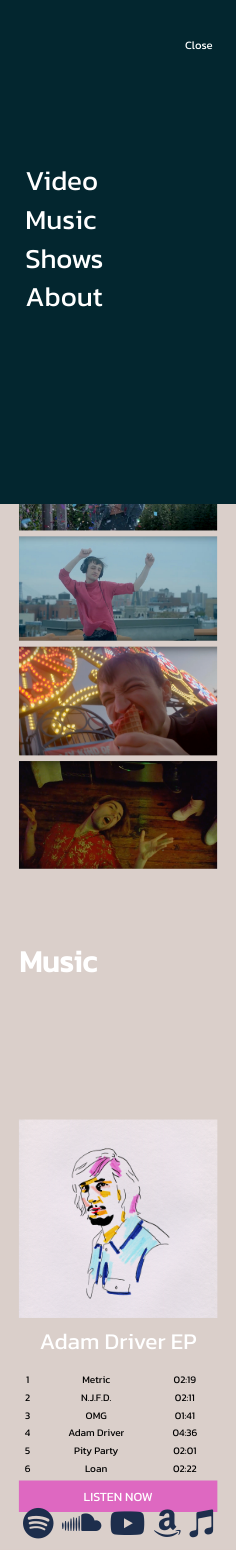
Repository: KrystellBarraza/SipperNYC
Page: index.html
These files come from the project's save history. The page is drawn as it stood at one moment and after the next save; the edit follows.
The browser window is 375 px wide. The pictures show the whole page, at 63% of full size.
Some web libraries are served in a nearby version.

Above is the page before, as saved 2019-08-21 14:05:26.

### index.html
<!DOCTYPE html>
    <head>
        <meta charset="utf-8">
        <meta http-equiv="X-UA-Compatible" content="IE=edge">
        <title>Sipper</title>
        <meta name="description" content="Wholesome and intrinsically delicate, SIPPER is an NYC based band who wants nothing more than to make you enjoy whatever they put out.">
        <meta name="viewport" content="width=device-width, initial-scale=1">
        <script src="https://kit.fontawesome.com/0942df55aa.js"></script>
        <script src="https://ajax.googleapis.com/ajax/libs/jquery/3.4.1/jquery.min.js"></script>
        <link rel="stylesheet" href="https://ajax.googleapis.com/ajax/libs/jqueryui/1.12.1/themes/smoothness/jquery-ui.css">
        <script src="https://ajax.googleapis.com/ajax/libs/jqueryui/1.12.1/jquery-ui.min.js"></script>
        <link href="https://fonts.googleapis.com/css?family=Kanit&display=swap" rel="stylesheet">
        <link rel="stylesheet" href="venobox/venoboxcopy.css" type="text/css" media="screen">
        <link rel="stylesheet" href="style.css">
    </head>
    <body>

        <div class="container-home">
            <div class="head">
                <header>
                    <h1><a href="index.html">Sipper</a></h1>

                    <div id="toggleText">
                        <p class="menuToggle Open placeHolder"></p>
                        <p class="menuToggle Close" style="color: #FFF;"></p>
                    </div>

                    <div id="menu">
                        <ul id="hiddenMenu">
                            <li><a href="#video">Video</a></li>
                            <li><a href="#music">Music</a></li>
                            <li><a href="#shows">Shows</a></li>
                            <li><a href="#about">About</a></li>
                        </ul>
                    </div>

                    <div class="inlineMenu">
                        <a href="#video">Video</a>
                        <a href="#music">Music</a>
                        <a href="#shows">Shows</a>
                        <a href="#about">About</a>
                    </div>

                </header>
            </div>

            <div id="menu-container"></div>

            <div class="menu">
                <div class="flexbox-nav">
                    <nav class="side-Nav">
                        <li><a href="#video">Video</a></li>
                        <li><a href="#music">Music</a></li>
                        <li><a href="#shows">Shows</a></li>
                        <li><a href="#about">About</a></li>
                    </nav>
                </div>
            </div>

            <div class="album">
                <img src="images/albumcover.jpg">
            </div>

            <div class="footer"></div>

        </div>


        <div class="container-video">
            <div class="head-video">
                <h1 id="video">Video</h1>
            </div>

            <div class="container video-a">
                <div class="content">
                    <a class="venobox" data-autoplay="true" data-vbtype="video" data-gall="myGallery" href="https://youtu.be/N3MalJX4Ll4">
                        <div class="content-overlay"></div>
                        <img class="content-image" src="images/AdamDriver.jpg" alt="Adam Driver">
                        <div class="content-details fadeIn-bottom">
                            <p class="content-title">Adam Driver</p>
                        </div>
                    </a>
                </div>
            </div>

            <div class="container video-b">
                <div class="content">
                    <a class="venobox" data-autoplay="true" data-vbtype="video" data-gall="myGallery" href="https://youtu.be/suzVxfuO1rU">
                        <div class="content-overlay"></div>
                        <img class="content-image" src="images/Metric.jpg" alt="Metric">
                        <div class="content-details fadeIn-top">
                            <p class="content-title">Metric</p>
                        </div>
                    </a>
                </div>
            </div>

            <div class="container video-c">
                <div class="content">
                    <a class="venobox" data-autoplay="true" data-vbtype="video" data-gall="myGallery" href="https://youtu.be/sNYNVeHuiyg">
                        <div class="content-overlay"></div>
                        <img class="content-image" src="images/NJFD.jpg" alt="N.J.F.D.">
                        <div class="content-details fadeIn-left">
                            <p class="content-title">N.J.F.D.</p>
                        </div>
                    </a>
                </div>
            </div>

            <div class="container video-d">
                <div class="content">
                    <a class="venobox" data-autoplay="true" data-vbtype="video" data-gall="myGallery" href="https://youtu.be/S9CmWtUvWd0">
                        <div class="content-overlay"></div>
                        <img class="content-image" src="images/OMG.jpg" alt="OMG">
                        <div class="content-details fadeIn-right">
                            <p class="content-title">OMG</p>
                        </div>
                    </a>
                </div>
            </div>

            <div class="footer-video"></div>

        </div>

        <div class="container-music">
            <div class="head-music">
                <h1 id="music">Music</h1>
            </div>

            <div class="ep">
                <img src="images/albumcover.jpg">
            </div>

            <div class="music-k">
                <p class="ep-title">Adam Driver EP</p>

                <table>
                    <tr>
                        <td>1</td>
                        <td>Metric</td>
                        <td>02:19</td>
                    </tr>
                    <tr>
                        <td>2</td>
                        <td>N.J.F.D.</td>
                        <td>02:11</td>
                    </tr>
                    <tr>
                        <td>3</td>
                        <td>OMG</td>
                        <td>01:41</td>
                    </tr>
                    <tr>
                        <td>4</td>
                        <td>Adam Driver</td>
                        <td>04:36</td>
                    </tr>
                    <tr>
                        <td>5</td>
                        <td>Pity Party</td>
                        <td>02:01<td>
                    </tr>
                    <tr>
                        <td>6</td>
                        <td>Loan</td>
                        <td>02:22</td>
                    </tr>
                </table>
            </div>

            <div class="music-j">
                <div class="listen">
                    <a href="https://levelmusic.lnk.to/AdamDriver_EP" target="_blank">Listen Now</a>
                </div>
            </div>

            <div class="fabIcons music-g">
                <a href="https://open.spotify.com/album/55qLPgpA8Q9fKp5JZo5pjp" target="_blank"><i class="fab fa-spotify"></i></a>
                <a href="https://soundcloud.com/invertebratemusic/sets/sipper-adam-driver-ep" target="_blank"><i class="fab fa-soundcloud"></i></a>
                <a href="https://www.youtube.com/channel/UC4grwiaSitqhA_vmRum_fdg/search?query=sipper" target="_blank"><i class="fab fa-youtube"></i></a>
                <a href="https://www.amazon.com/gp/product/B07QJBL8ZX/ref=dm_ws_sp_ps_dp" target="_blank"><i class="fab fa-amazon"></i></a>
                <a href="https://music.apple.com/us/album/1459355658?app=music" target="_blank"><i class="fab fa-itunes-note"></i></a>
            </div>

        </div>

        <script src="app.js" async defer></script>
        <script src="venobox/venobox.mincopy.js" async defer></script>
    </body>
</html>

### style.css
* {
    box-sizing: border-box;
}

html {
    scroll-behavior: smooth;
}

body {
    margin: 0;
    background-color: #dacfca;
}

p, li {
    font-family: 'Kanit', sans-serif;
}

p {
    font-size: 18px;
}

h1 {
    font-family: 'Kanit', sans-serif;
    color: #fff;
    font-size: 48px;
}

a {
    text-decoration: none;
    color: #fff;
}

/* Header - Home */

.container-home {
    display: grid;
    grid-template-columns: repeat(12, 1fr);
    grid-template-rows: auto 2fr 1fr;
    grid-gap: 5px;
    grid-column-gap: 20px;
    padding-left: 8%;
    padding-right: 8%;
    grid-template-areas:
    "h h h h h h h h h h h h"
    "c c c c c c c c c m m m"
    "c c c c c c c c c m m m"
    "c c c c c c c c c m m m"
    "f f f f f f f f f f f f";
}

.head {
    grid-area: h;
}

.inlineMenu {
    font-family: 'Kanit', sans-serif;
    font-size: 22px;
    word-spacing: 1em;
    top: 16%;
    right: 10%;
    position: absolute;
}

@media (min-width: 566px) and (max-width: 569px) {
    .inlineMenu {
        top: 19.5%;
        word-spacing: .5em;
    }
}

/* Toggled Header Nav */

#toggleText {
    top: 5%;
    right: 10%;
    color: #fff;
    position: absolute;
    z-index: 10;
}

#menu-container {
    background-color: #03262f;
    position: absolute;
    width: 100%;
    left: 0%;
    height: 100vh;
    z-index: 6;
}

#menu {
    background-color: #03262f;
    position: absolute;
    top: 0%;
    left: 0%;
    width: 100%;
    height: 100vh;
    z-index: 7;
}

#hiddenMenu {
    position: absolute;
    top: 30%;
}

p.placeHolder {
    display: none;
}

p.Open:before {
    content: "Menu";
}

p.Close:before {
    content: "Close";
}

ul {
    list-style: none;
}

li {
    font-size: 44px;
    line-height: 46pt;
}

/* Toggled Menu Media Queries */

@media only screen and (max-width: 450px) {
    nav {
        visibility: hidden;
    }
}

@media only screen and (min-width: 450px) {
    #toggleText {
        visibility: hidden;
    }

    #menu {
        visibility: hidden;
    }

    #menu-container {
        visibility: hidden;
    }
}

/* Scrollbar */

::-webkit-scrollbar { width: 8px; }

::-webkit-scrollbar-track { color: transparent; }

::-webkit-scrollbar-thumb {
    background-color: rgba(000, 0, 0, 0.2);
    border-radius: 5px;
}

/* Menu */

.menu {
    grid-area: m;
}

.flexbox-nav {
    display: flex;
    align-items: flex-end;
    justify-content: flex-end;
    margin-top: 356px;
}

.side-nav {
    align-self: flex-end;
    margin-top: 30px;
}

nav > a {
    font-family: 'Kanit', sans-serif;
    color: #fff;
    font-size: 48px;
}

nav > li {
    list-style-type: none;
    padding: 0;
    margin: 0;
}

@media only screen and (max-width: 416px){
    .menu {
        display: none;
    }

    .container-home {
        display: grid;
        grid-template-columns: repeat(12, 1fr);
        grid-template-rows: auto 2fr 1fr;
        grid-gap: 5px;
        padding-left: 8%;
        padding-right: 8%;
        grid-template-areas:
        "h h h h h h h h h h h h"
        "c c c c c c c c c c c c"
        "c c c c c c c c c c c c"
        "c c c c c c c c c c c c"
        "f f f f f f f f f f f f";
    }

    .album > img {
        object-fit: contain;
        width: 100%;
    }

}

/* Inline Menu Queries */

@media only screen and (max-width: 416px) {
    .inlineMenu {
        display: none;
    }
}

@media only screen and (min-width: 766px){
    .inlineMenu {
        display: none;
    }
}

/* Mobile Landscape Queries */

@media (orientation: landscape) and (max-width: 766px) {
    .menu {
        display: none;
    }

    .container-home {
        display: grid;
        grid-template-columns: repeat(12, 1fr);
        grid-template-rows: auto 2fr 1fr;
        grid-gap: 5px;
        padding-left: 8%;
        padding-right: 8%;
        grid-template-areas:
        "h h h h h h h h h h h h"
        "c c c c c c c c c c c c"
        "c c c c c c c c c c c c"
        "c c c c c c c c c c c c"
        "f f f f f f f f f f f f";
    }

    .album > img {
        object-fit: contain;
        width: 100%;
    }
}

/* Album */

.album {
    grid-area: c;
}

.album > img {
    object-fit: contain;
    width: 100%;
    max-height: 600px;
}

.footer {
    grid-area: f;
    height: 70px;
}


/* Video */

.container-video {
    display: grid;
    grid-template-columns: repeat(12, 1fr);
    grid-template-rows: auto 1fr 1fr;
    grid-gap: 5px;
    grid-column-gap: 20px;
    padding-left: 8%;
    padding-right: 8%;
    grid-template-areas:
    "h h h h h h h h h h h h"
    "a a a a a a b b b b b b"
    "c c c c c c d d d d d d"
    "f f f f f f f f f f f f";
}

.head-video {
    grid-area: h;
}

.video-a {
    grid-area: a;
    justify-self: center;
}

.video-b {
    grid-area: b;
    justify-self: center;
}

.video-c {
    grid-area: c;
    justify-self: center;
}

.video-d {
    grid-area: d;
    justify-self: center;
}

.footer-video {
    grid-area: f;
    height: 70px;
}

.container .title {
    text-align: center;
}

.content {
    position: relative;
    width: 100%;
    max-width: 550px;
    overflow: hidden;
}

.content .content-overlay {
    background: rgba(0,0,0,0.7);
    position: absolute;
    height: 99%;
    width: 100%;
    opacity: 0;
    -webkit-transition: all 0.4s ease-in-out 0s;
    -moz-transition: all 0.4s ease-in-out 0s;
    transition: all 0.4s ease-in-out 0s;
}

.content:hover .content-overlay {
    opacity: 1;
}

.content-image {
    width: 100%;
}

.content-details {
    position: absolute;
    text-align: center;
    padding-left: 1em;
    padding-right: 1em;
    width: 100%;
    top: 50%;
    left: 50%;
    opacity: 0;
    -webkit-transform: translate(-50%, -50%);
    -moz-transform: translate(-50%, -50%);
    transform: translate(-50%, -50%);
    -webkit-transition: all 0.3s ease-in-out 0s;
    -moz-transition: all 0.3s ease-in-out 0s;
    transition: all 0.3s ease-in-out 0s;
}

.content:hover .content-details {
    top: 50%;
    left: 50%;
    opacity: 1;
}

.content-details p {
    color: #fff;
    font-weight: 500;
    letter-spacing: 0.15em;
    margin-bottom: 0.5em;
    font-size: 0.8em;
    text-transform: uppercase;
}

.fadeIn-bottom {
    top: 80%;
}

.fadeIn-top {
    top: 20%;
}

.fadeIn-left {
    left: 20%;
}

.fadeIn-right {
    left: 80%;
}

@media only screen and (max-width: 416px){
    .container-video {
        display: grid;
        grid-template-columns: repeat(12, 1fr);
        grid-template-rows: auto 1fr 1fr;
        grid-gap: 5px;
        padding-left: 8%;
        padding-right: 8%;
        grid-template-areas:
        "h h h h h h h h h h h h"
        "a a a a a a a a a a a a"
        "b b b b b b b b b b b b"
        "c c c c c c c c c c c c"
        "d d d d d d d d d d d d"
        "f f f f f f f f f f f f";
    }

}

/* Music */

.container-music {
    display: grid;
    grid-template-columns: repeat(12, 1fr);
    grid-template-rows: repeat(6, 1fr);
    grid-gap: 5px;
    grid-column-gap: 20px;
    padding-left: 8%;
    padding-right: 8%;
    grid-template-areas:
    "h h h h h h h h h h h h"
    "e e e e e e k k k k k k"
    "e e e e e e k k k k k k"
    "e e e e e e j j j j j j"
    "e e e e e e g g g g g g"
    "f f f f f f f f f f f f";
}

.head-music {
    grid-area: h;
}

.ep {
    grid-area: e;
}

.ep > img {
    object-fit: contain;
    width: 100%;
    max-height: 600px;
}

.music-k {
    grid-area: k;
}

.music-k > .ep-title {
    object-fit: contain;
    text-align: center;
    font-size: 48px;
    color: #fff;
    margin: 0;
    width: 100%;
}

.music-k > table {
    font-family: 'Kanit', sans-serif;
    object-fit: contain;
    text-align: center;
    padding-top: 20px;
    border: 0;
    font-size: 20px;
    width: 100%;
}

.music-g {
    grid-area: g;
    align-items: center;
    height: 50%;
}

.fabIcons {
    display: flex;
    justify-content: space-around;
}

i {
    font-family:'FontAwesome';
    font-size: 50px;
    color: #1d2e4c;
    transition: 0.5s;
}

i.fab:hover {
    color: #3a527c;
}

.music-j {
    grid-area: j;
    align-items: center;
}

.listen {
    margin-top: 50px;
    display: flex;
    justify-content: space-around;
    background: #de68c1;
    font-family: 'Kanit', sans-serif;
    text-transform: uppercase;
    text-align: center;
    align-items: center;
    height: 50px;
    font-size: 1.25em;
    -webkit-transition: 0.5s;
    transition: 0.5s;
    border: none;
}

.listen:hover {
    background: #e794ce;
}

@media only screen and (max-width: 416px) {
    .container-music {
        display: grid;
        grid-template-columns: repeat(12, 1fr);
        grid-template-rows: 1fr 1fr auto;
        grid-gap: 5px;
        grid-column-gap: 20px;
        padding-left: 8%;
        padding-right: 8%;
        grid-template-areas:
        "h h h h h h h h h h h h"
        "e e e e e e e e e e e e"
        "e e e e e e e e e e e e"
        "k k k k k k k k k k k k"
        "k k k k k k k k k k k k"
        "j j j j j j j j j j j j"
        "g g g g g g g g g g g g"
        "f f f f f f f f f f f f";
    }

    .music-k > table {
        font-size: 16px;
        width: 100%;
        text-align: center;
    }

    .music-k > .ep-title {
        font-size: 36px;
        text-align: center;
    }

    .listen {
        margin: 0;
    }

}

@media only screen and (max-width: 824px) {
    .music-k > .ep-title {
        font-size: 36px;
        text-align: center;
    }
}

@media (orientation: landscape) and (max-width: 668px) {
    .music-k > .ep-title {
        font-size: 28px;
    }

    .music-k > table {
        font-size: 14px;
        width: 100%;
        text-align: center;
    }
}

### app.js
$(document).ready(() => {
    $('#toggleText').click(() => {
      $('.menuToggle').toggleClass('placeHolder');
      $('#menu').toggle('slide',{direction:'up'}, 1000);
      $('#menu-container').toggle('fade',{direction: 'down'}, 500);
    });
  });

  $(document).ready(function(){
    $('.venobox').venobox({
        spinner:'three bounce',
        closeBackground: 'transparent'
    });
});

Loaded but not shown: venobox/venoboxcopy.css (common file); venobox/venobox.mincopy.js (library)

After the next save:
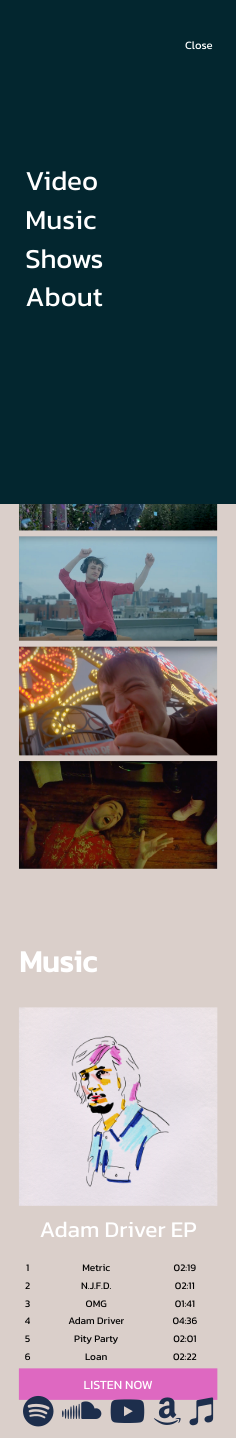
Saved 40 s later.
--- a/style.css
+++ b/style.css
@@ -523,7 +523,7 @@ i.fab:hover {
     .container-music {
         display: grid;
         grid-template-columns: repeat(12, 1fr);
-        grid-template-rows: 1fr 1fr auto;
+        grid-template-rows: 1fr auto;
         grid-gap: 5px;
         grid-column-gap: 20px;
         padding-left: 8%;
